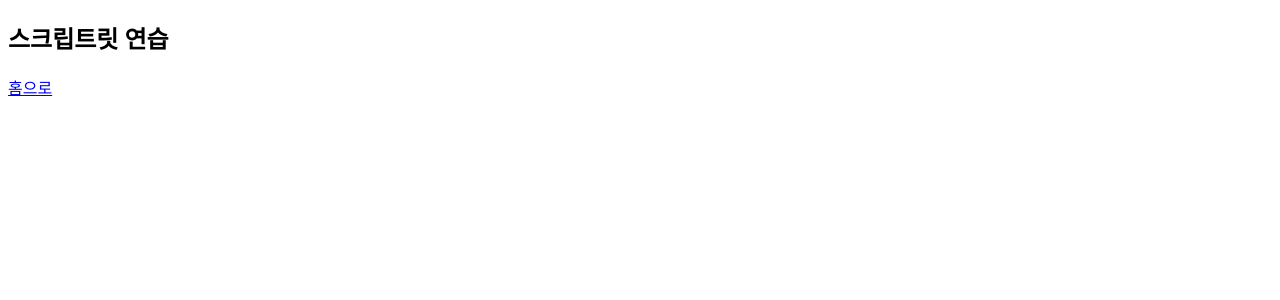
Repository: pasongvan/Back
Page: http://localhost/BackEnd_02_JSP/02_Scriptlet.jsp
These files come from the project's save history. The page is drawn as it stood at one moment and after the next save; the edit follows.
The browser window is 1280 px wide. The pictures show the whole page.
The page is served by Tomcat 10. Other server files are loaded and not shown.

Above is the page before, as saved 2024-09-20 00:34:21.

### BackEnd_02_JSP/src/main/webapp/02_Scriptlet.jsp
<%@ page language="java" contentType="text/html; charset=UTF-8"
	pageEncoding="UTF-8"%>
<!DOCTYPE html>
<html>
<head>
<meta charset="UTF-8">
<title>스크립트릿</title>
</head>
<body>
	<h2>스크립트릿 연습</h2>

	<%
		int A = 10;
		int B = 20;

		int sum = A + B;
	%>

	<a href="index.html">홈으로</a>
</body>
</html>

After the next save:
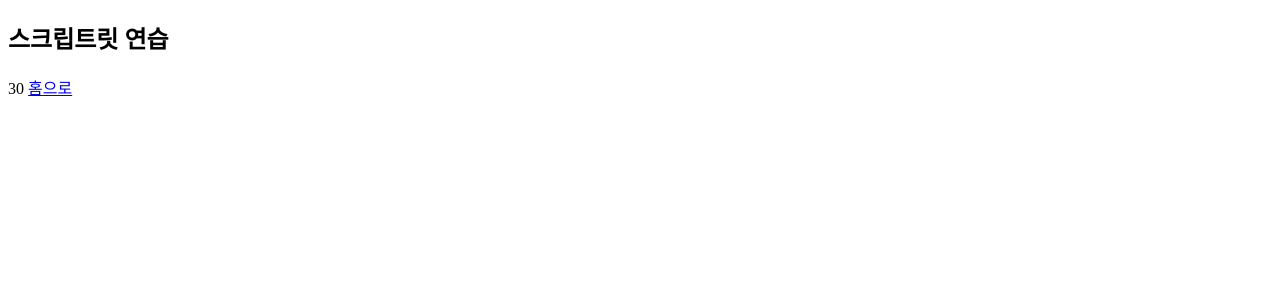
Saved 71 s later.
--- a/BackEnd_02_JSP/src/main/webapp/02_Scriptlet.jsp
+++ b/BackEnd_02_JSP/src/main/webapp/02_Scriptlet.jsp
@@ -14,6 +14,8 @@
 		int B = 20;
 
 		int sum = A + B;
+
+		out.print(sum);
 	%>
 
 	<a href="index.html">홈으로</a>
